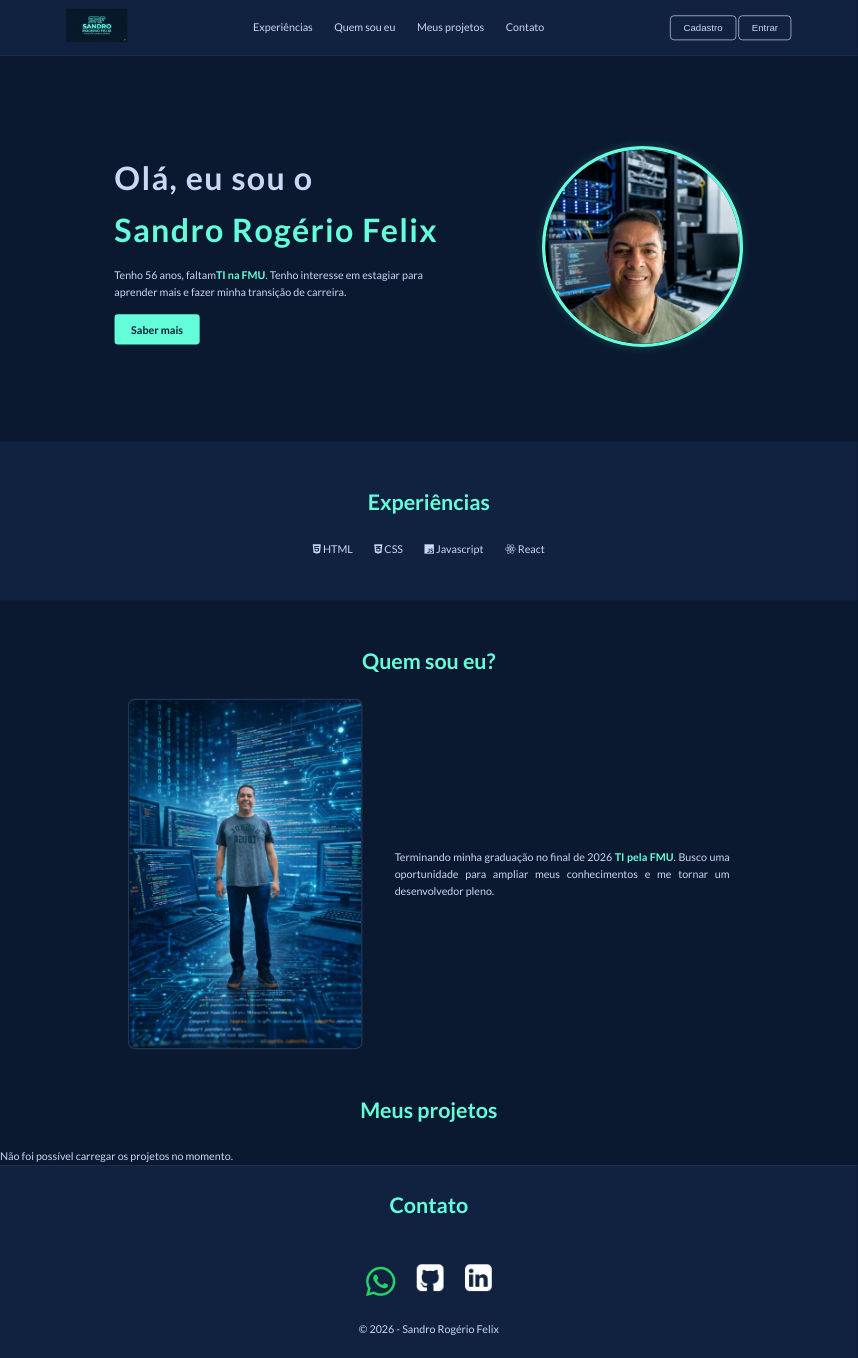
Repository: Sandro1969-tech/portifolio-Sandro
Page: index.html
These files come from the project's save history. The page is drawn as it stood at one moment and after a run of saves; the edit follows.
The browser window is 1280 px wide. The pictures show the whole page, at 67% of full size.
The page's requests for data from a server got no answer.

Above is the page before, as saved 2026-07-20 18:00:02.

After the next 2 saves:
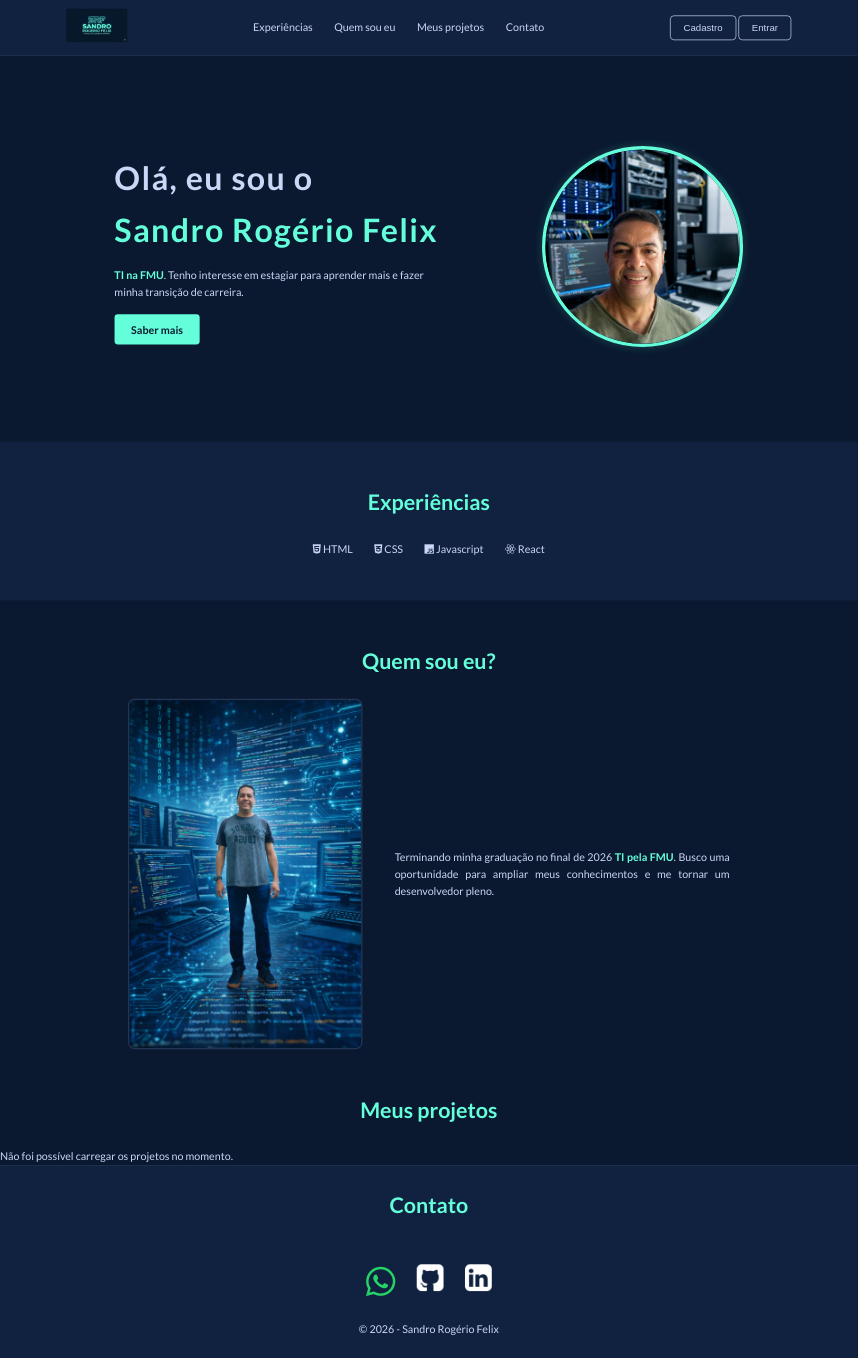
The 2 saves are shown as one change because they came seconds apart.
The last was saved 7 s later.
--- a/index.html
+++ b/index.html
@@ -29,7 +29,7 @@
             <div class="box-text-main">
                 <h1>Olá, eu sou o<br /><strong>Sandro Rogério Felix</strong></h1>
                 <p>
-                    Tenho 56 anos, faltam<strong>TI na FMU</strong>. Tenho interesse em estagiar para
+                    <strong>TI na FMU</strong>. Tenho interesse em estagiar para
                     aprender mais e fazer minha transição de carreira.
                 </p>
                 <a href="#contact" class="link-action">Saber mais</a>
